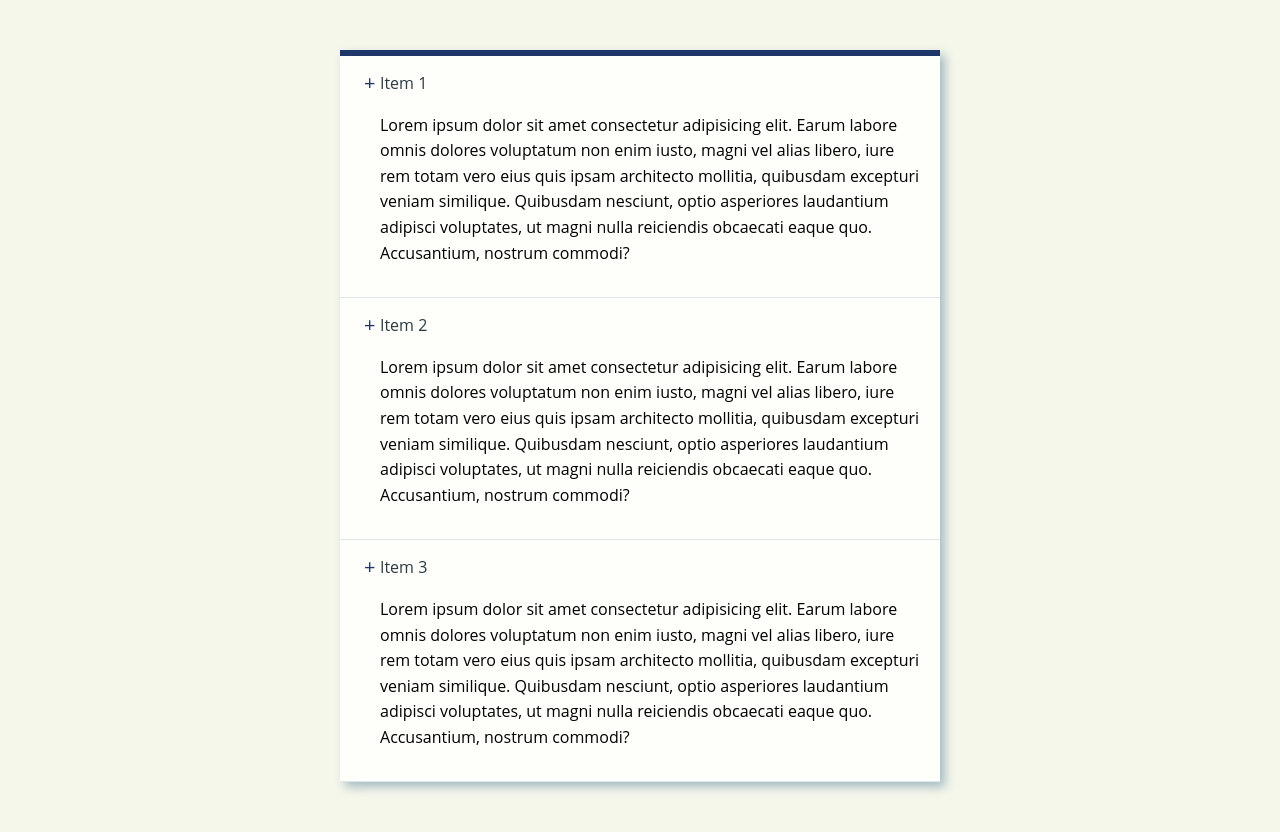
Repository: magdaf41/jQuery
Page: zadanie 4/index.html
The author's editor kept a copy of each file at every save. The page is drawn from the files as they stood at one save, then again after the next save.
The browser window is 1280 px wide. The pictures show the whole page.
After loading, the first visible `div.accordion-item` was clicked once.

Above is the page before, as saved 2020-09-10 18:33:18.

### zadanie 4/index.html
<!DOCTYPE html>
<html lang="en">

<head>
    <meta charset="UTF-8">
    <meta name="viewport" content="width=device-width, initial-scale=1.0">
    <title>Accordion</title>

    <link rel="stylesheet" href="css/style.css">
</head>

<body>


    <div class="accordion">
        <div class="accordion-item">
            <span class="accordion-title">Item 1</span>
            <p class="accordion-content">Lorem ipsum dolor sit amet consectetur adipisicing elit. Earum labore omnis dolores voluptatum non enim iusto, magni vel alias libero, iure rem totam vero eius quis ipsam architecto mollitia, quibusdam excepturi veniam similique. Quibusdam nesciunt, optio asperiores laudantium adipisci voluptates, ut magni nulla reiciendis obcaecati eaque quo. Accusantium, nostrum commodi?</p>
        </div>
        <div class="accordion-item">
            <span class="accordion-title">Item 2</span>
            <p class="accordion-content">Lorem ipsum dolor sit amet consectetur adipisicing elit. Earum labore omnis dolores voluptatum non enim iusto, magni vel alias libero, iure rem totam vero eius quis ipsam architecto mollitia, quibusdam excepturi veniam similique. Quibusdam nesciunt, optio asperiores laudantium adipisci voluptates, ut magni nulla reiciendis obcaecati eaque quo. Accusantium, nostrum commodi?</p>
        </div>
        <div class="accordion-item">
            <span class="accordion-title">Item 3</span>
            <p class="accordion-content">Lorem ipsum dolor sit amet consectetur adipisicing elit. Earum labore omnis dolores voluptatum non enim iusto, magni vel alias libero, iure rem totam vero eius quis ipsam architecto mollitia, quibusdam excepturi veniam similique. Quibusdam nesciunt, optio asperiores laudantium adipisci voluptates, ut magni nulla reiciendis obcaecati eaque quo. Accusantium, nostrum commodi?</p>
        </div>
    </div>



    <script src="https://code.jquery.com/jquery-3.5.1.min.js"
        integrity="sha256-9/aliU8dGd2tb6OSsuzixeV4y/faTqgFtohetphbbj0=" crossorigin="anonymous"></script>

    <script src="js/main.js"></script>
</body>

</html>

### zadanie 4/css/style.css
* {
    box-sizing: border-box;
}

body {
    background-color: #F6F7EB;
    font-family: 'Open Sans', sans-serif;
}

.accordion {
    background-color: #fefffa;
    max-width: 600px;
    margin: 50px auto;
    border-top: 6px solid #1e3768;
    line-height: 1.6;
    box-shadow: 5px 5px 10px 0px #a4bac1;
}

.accordion-item {
    border-bottom: 1px solid #dce7eb;
    padding: 15px 15px 15px 40px;
    cursor: pointer;
}

.accordion-title {
    color: #2b3a40;
    text-decoration: none;
    display: inline-block;
    position: relative;
}

.accordion-title::before {
    content: "+";
    font-size: 20px;
    position: absolute;
    left: -16px;
    top: -4px;
    color: #1e3768;
}

.accordion-content {
    display: none;
}

### zadanie 4/js/main.js
$(document).ready(function () {

    $('.accordion-item').click(function () {
        $('.accordion-content').slideDown(1000);
    });
});

After the next save:
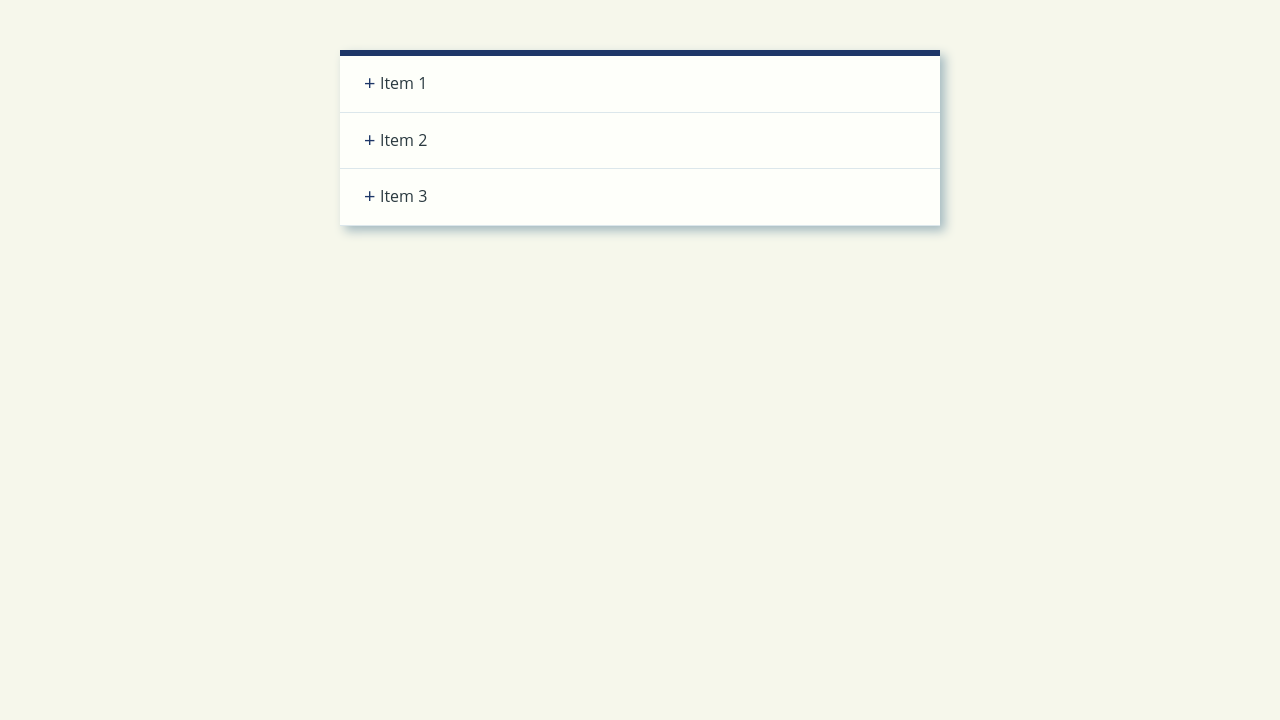
Saved 4 min 6 s later.
--- a/zadanie 4/js/main.js
+++ b/zadanie 4/js/main.js
@@ -1,6 +1,7 @@
 $(document).ready(function () {
 
     $('.accordion-item').click(function () {
-        $('.accordion-content').slideDown(1000);
+
+        $('this').find('.acordian-content');
     });
 });
